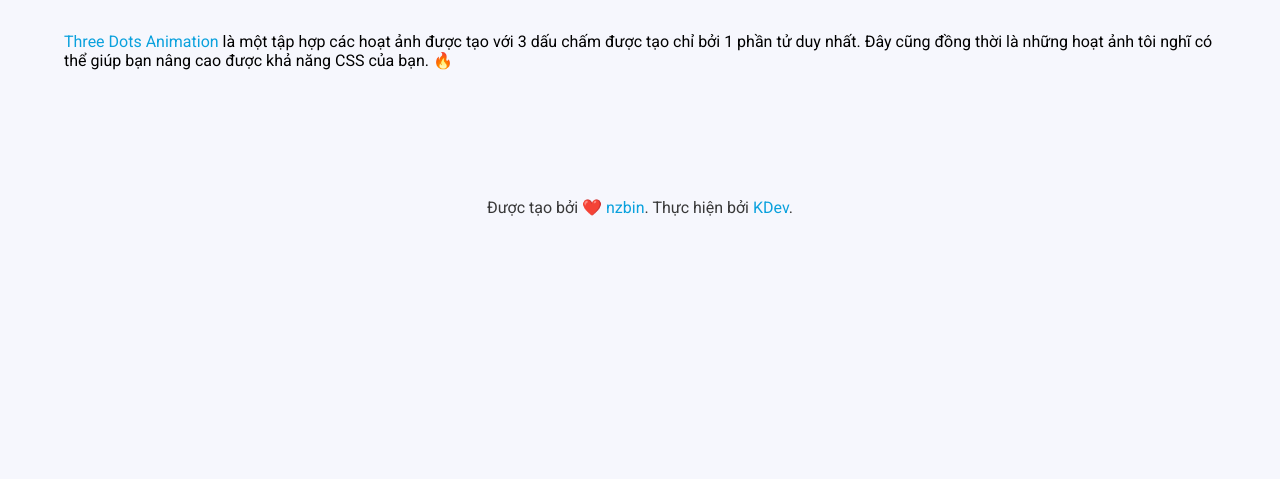
Repository: haokiet2501/lazy-loader-animation
Page: index.html
An editor plug-in stored every save of this project. The page is shown before and after a run of saves, followed by the edit.
The browser window is 1280 px wide. The pictures show the whole page.
The style sheet was rebuilt from its Sass, Less or Tailwind sources for each picture, by a compiler version that may differ from the author's.

Above is the page before, as saved 2022-05-06 19:44:56.

After the next 2 saves:
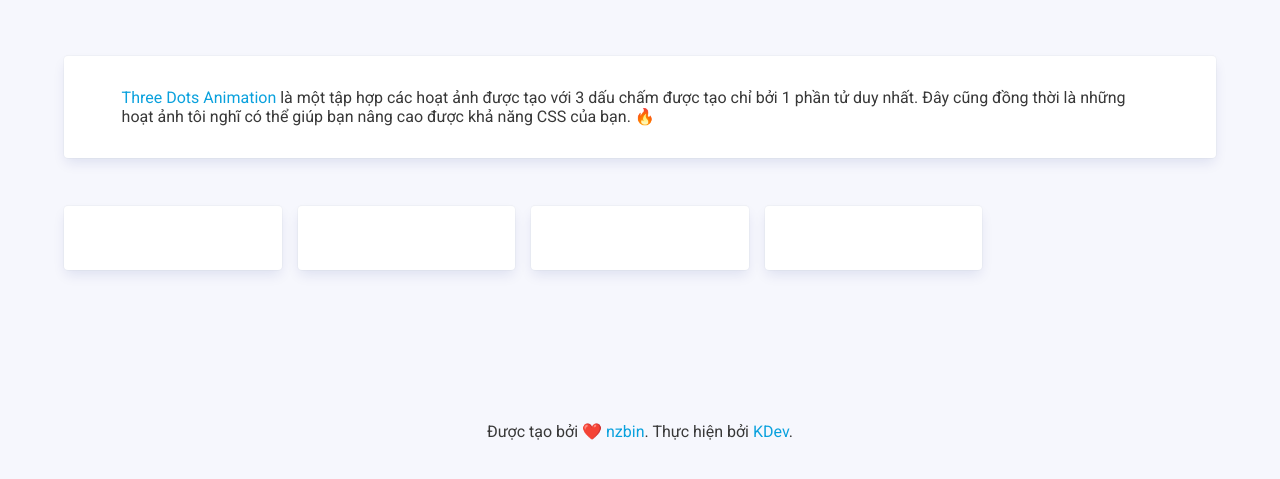
The 2 saves are shown as one change because they came seconds apart.
The last was saved 15 s later.
--- a/sass/styles.scss
+++ b/sass/styles.scss
@@ -7,15 +7,14 @@ $color-line: #50dfdb;
     padding: 2rem 4rem;
 }
 
-// .title {
-//     background: #fff;
-//     padding: 2rem 5%;
-//     margin: 1.5rem 0;
-//     box-shadow: 0 .4rem .8rem -.1rem rgba(0, 32, 128, .1), 0 0 0 1px #f0f2f7;
-//     border-radius: .25rem;
-//     color: $color-text;
-// }
-
+.title {
+    background: #fff;
+    padding: 2rem 5%;
+    margin: 1.5rem 0;
+    box-shadow: 0 .4rem .8rem -.1rem rgba(0, 32, 128, .1), 0 0 0 1px #f0f2f7;
+    border-radius: .25rem;
+    color: $color-text;
+}
 
 .row {
     display: grid;
